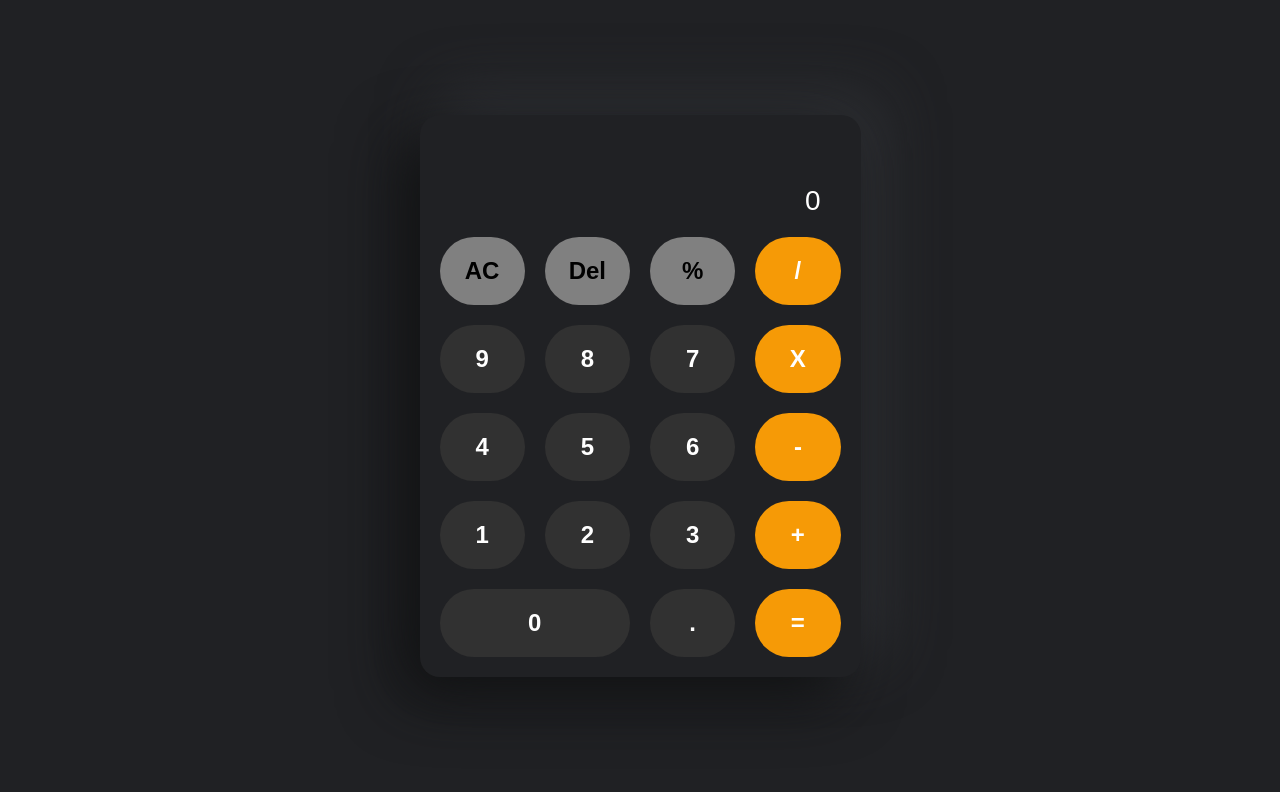
Repository: ble-syn/reactCalculator
Page: /
These files come from the project's save history. The page is drawn as it stood at one moment and after the next save; the edit follows.
The browser window is 1280 px wide. The pictures show the whole page.
The project was rebuilt for these pictures with package versions that can differ from the ones it lists, and the page was loaded fresh each time.

Above is the page before, as saved 2022-10-06 22:43:17.

### src/index.css
*{
  margin: 0;
  box-sizing: border-box;
}

body{
  display: flex;
  justify-content: center;
  align-items: center;
  flex-direction: column;
  background-color: #202124;
  color: #fff;
  margin: 9% auto;
  background: #202124;
}
.container {
  max-width: 1000px;
}
.calculator{
  padding: 20px;
  border-radius: 20px;
  background: #202124;
  box-shadow:  -20px 20px 60px #101112,
             20px -20px 60px #303236;
}
#calculator-display {
  border: none;
  width: 100%;
  text-align: right;
  font-size: 28px;
  padding: 50px 20px 20px;
  color: #fff;
  background-color: #202124;
}
#calculator-display:focus {
  outline: none;
}
#calculator-display::-webkit-input-placeholder {
  color: #fff;
}
.calculator-keys{
  display: grid;
  grid-template-columns: repeat(4, 1fr);
  grid-gap: 20px;
}
button {
  padding: 20px 15px;
  display: grid;
  place-items: center;
  outline: none;
  border-radius: 50px;
  font-weight: 700;
  border: none;
  color: #fff;
  background-color: #313131;
  font-size: 24px;
  cursor: pointer;
}
button:focus {
  background-color: #D1D1D1;
}
.zero {
  grid-column: 1/3;
}
.gray {
  background-color: gray;
  color: #000;
}
.yellow {
  background-color: #F69A06;
}
.yellow:focus{
  background-color: #ffffff;
  color: #F69A06;
}

### src/App.js
import {useState} from "react";

function App() {
  const [numDisplay, setNumDisplay] = useState("")
  const operators = ["+", "-", "*", "/"]

const numClick = (event) => {
      event.preventDefault()

      let value = event.target.value
      setNumDisplay(numDisplay + value)
}


const deleteNum = () => {
  setNumDisplay(numDisplay.slice(0, -1))
}
const reset = () => {
  setNumDisplay("")
}
const percent = () => {
  setNumDisplay(numDisplay / 100)
}
const equals = () => {
  setNumDisplay(eval(numDisplay))
}

  return (
    <main id="container">
      <div class="calculator">
          <div><input id="calculator-display" type="text" placeholder="0" value={numDisplay} /></div>

        <div class="calculator-keys">
            <button onClick={reset} value=" " class="gray">AC</button>
            <button onClick={deleteNum} value="" class="gray">Del</button>
            <button onClick={percent} value="%" class="gray">%</button>
            <button onClick={numClick} value="/" class="yellow">/</button>
            <button onClick={numClick} value="9">9</button>
            <button onClick={numClick} value="8">8</button>
            <button onClick={numClick} value="7" >7</button>
            <button onClick={numClick} value="*" class="yellow">X</button>
            <button onClick={numClick} value="4">4</button>
            <button onClick={numClick} value="5">5</button>
            <button onClick={numClick} value="6">6</button>
            <button onClick={numClick} value="-" class= "yellow">-</button>
            <button onClick={numClick} value="1">1</button>
            <button onClick={numClick} value="2">2</button>
            <button onClick={numClick} value="3">3</button>
            <button onClick={numClick} value="+" class="yellow">+</button>
            <button onClick={numClick} value="0" class="zero" >0</button>
            <button onClick={numClick} value="." data-action="decimal">.</button>
            <button onClick={equals} value="=" class="yellow">=</button>
        </div>
      </div>
    </main>
  )
}

export default App;

Loaded but not shown: public/index.html (common file); src/index.js (common file); src/reportWebVitals.js (common file)

After the next save:
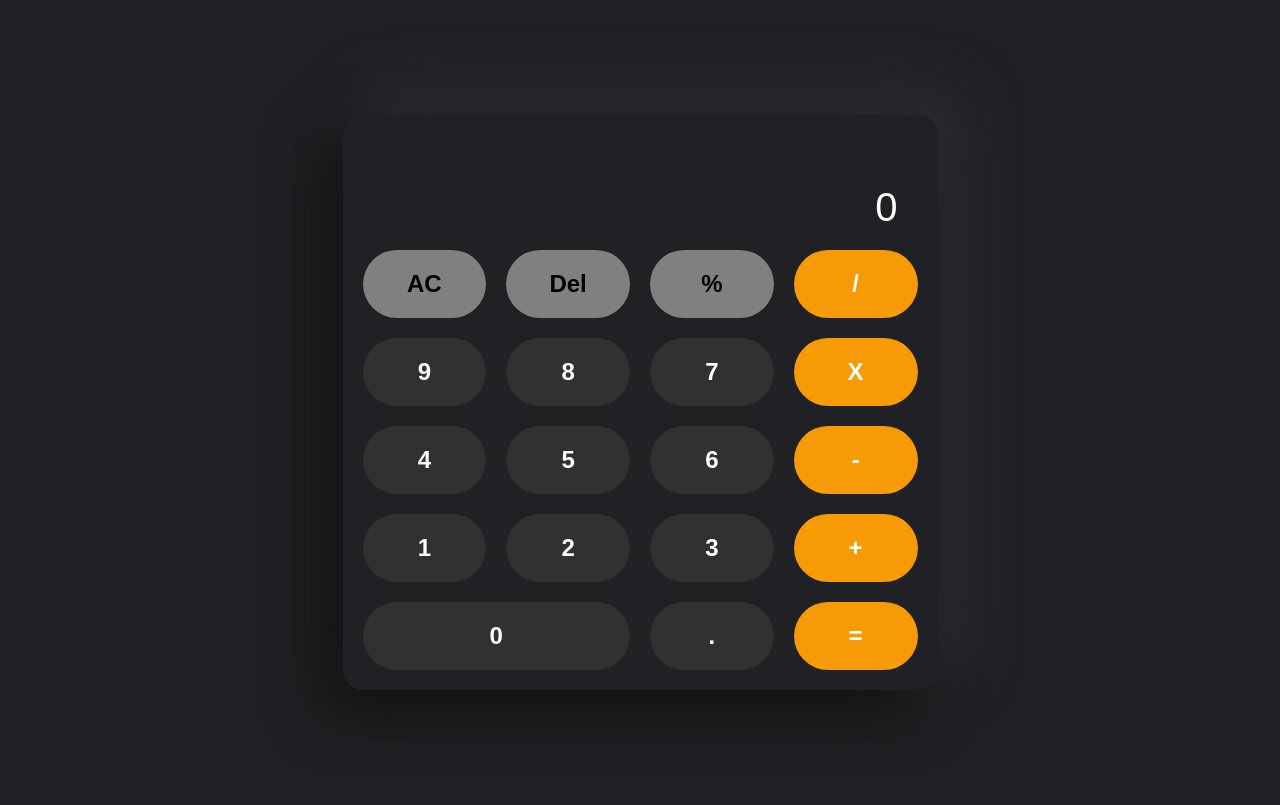
Saved 48 s later.
--- a/src/index.css
+++ b/src/index.css
@@ -27,7 +27,7 @@
   border: none;
   width: 100%;
   text-align: right;
-  font-size: 28px;
+  font-size: 40px;
   padding: 50px 20px 20px;
   color: #fff;
   background-color: #202124;

After the save that followed:
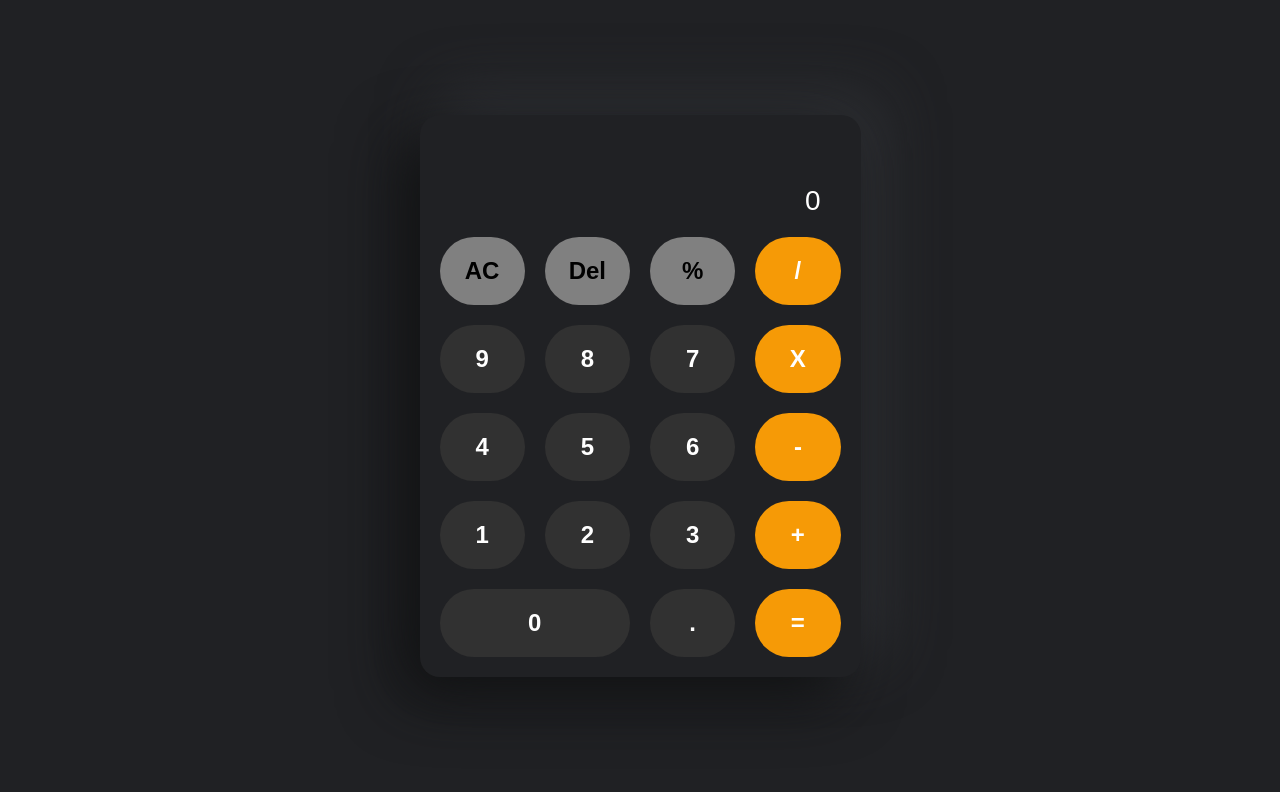
Saved 14 s later.
--- a/src/index.css
+++ b/src/index.css
@@ -27,7 +27,7 @@
   border: none;
   width: 100%;
   text-align: right;
-  font-size: 40px;
+  font-size: 28px;
   padding: 50px 20px 20px;
   color: #fff;
   background-color: #202124;
